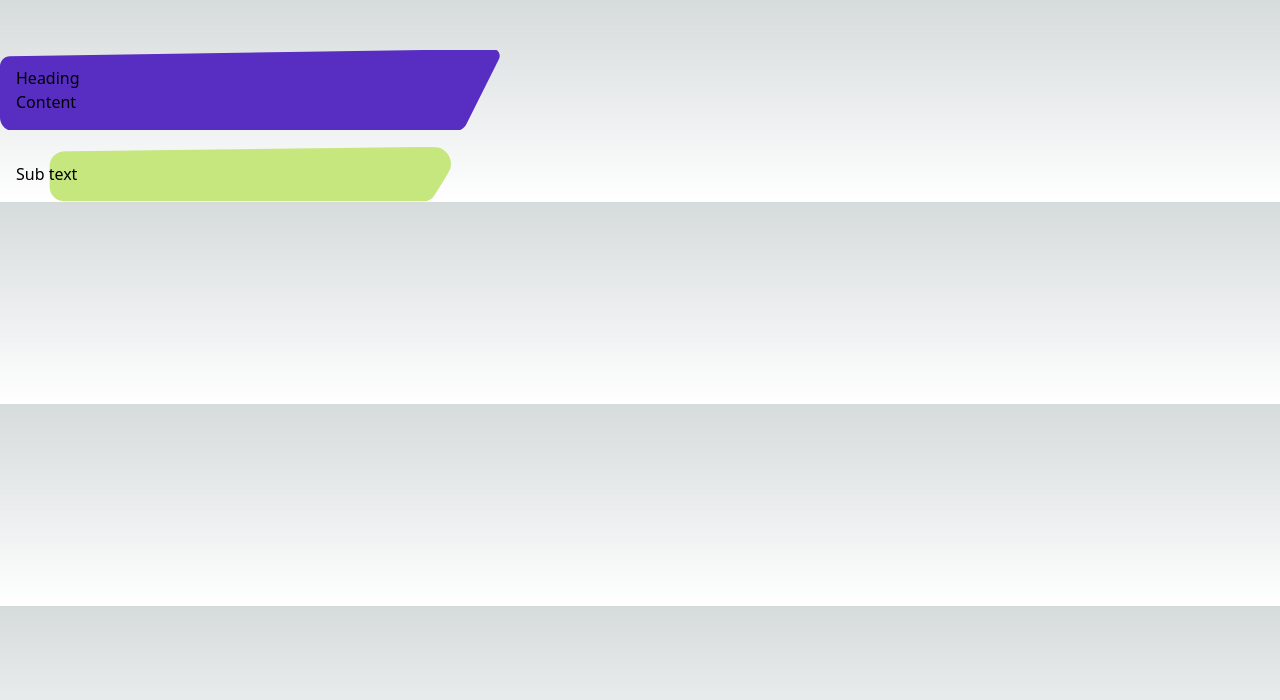
Repository: PreciousOritsedere/jasere-test
Page: /
An editor plug-in stored every save of this project. The page is shown before and after a run of saves, followed by the edit.
The browser window is 1280 px wide. The pictures show the whole page.
The project was rebuilt for these pictures with package versions that can differ from the ones it lists, and the page was loaded fresh each time. The framework's server and built-in components were replaced by stand-ins that run in the browser. Also part of the build but not shown: next.config.mjs.

Above is the page before, as saved 2024-03-26 15:36:08.

After the next 3 saves:
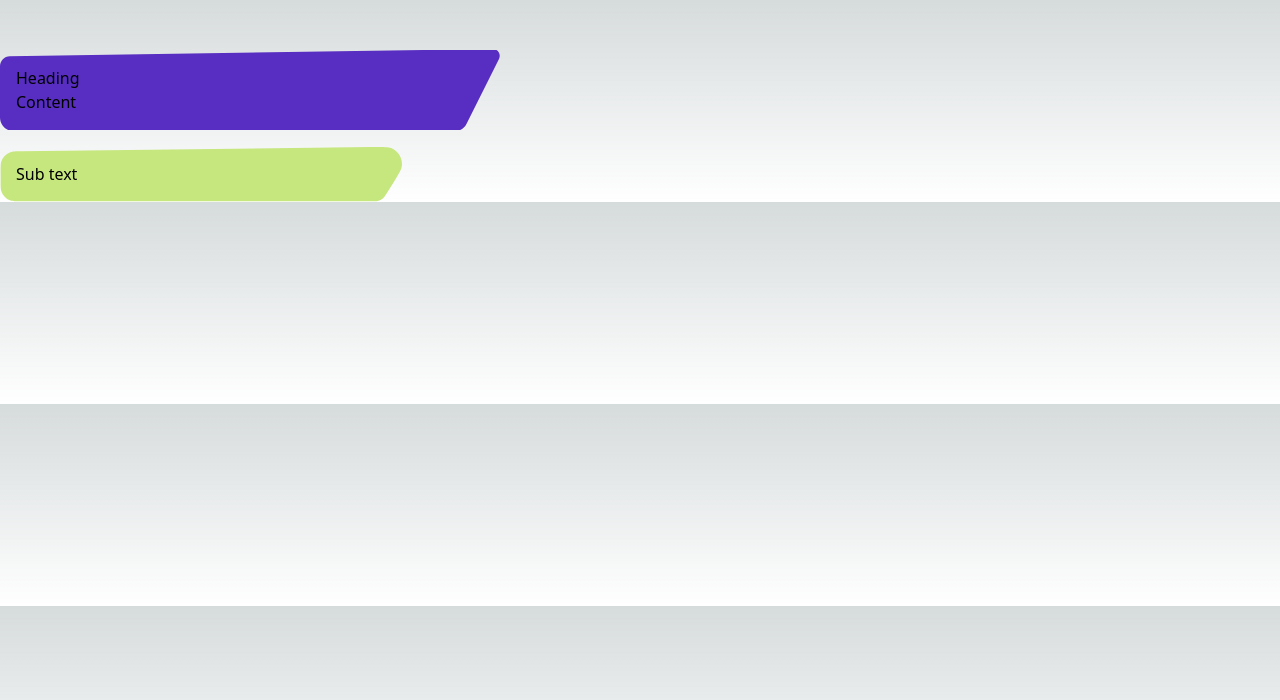
The 3 saves are shown as one change because they came seconds apart.
The last was saved 17 s later.
--- a/src/styles/globals.css
+++ b/src/styles/globals.css
@@ -54,6 +54,6 @@ body {
   background-size: contain; /* This will cover the entire div with your SVG */
   background-repeat: no-repeat;
   /* You might want to adjust this to position your background as needed */
-  background-position: center;
+  background-position: left-center;
   padding: 16px;
 }
